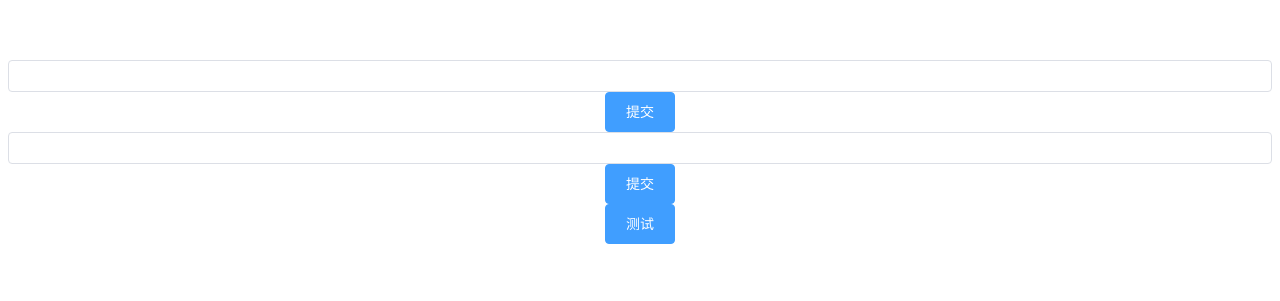
Repository: liuzhilin-lzl/vue-project
Page: /
These files come from the project's save history. The page is drawn as it stood at one moment and after the next save; the edit follows.
The browser window is 1280 px wide. The pictures show the whole page.
The project was rebuilt for these pictures with package versions that can differ from the ones it lists, and the page was loaded fresh each time.

Above is the page before, as saved 2021-11-20 21:41:56.

### src/main.js
/*
 * @Author: your name
 * @Date: 2021-10-17 12:42:10
 * @LastEditTime: 2021-11-08 17:29:31
 * @LastEditors: Please set LastEditors
 * @Description: In User Settings Edit
 * @FilePath: /vue-project/src/main.js
 */
import Vue from 'vue'
import App from './App.vue'
// import Antd from 'ant-design-vue';
import ElementUI from 'element-ui';
import 'element-ui/lib/theme-chalk/index.css';
// import 'ant-design-vue/dist/antd.css';
import "tailwindcss/tailwind.css"


Vue.config.productionTip = false;

// Vue.use(Antd);
Vue.use(ElementUI);

Vue.config.productionTip = false

new Vue({
	render: h => h(App),
}).$mount('#app')

### src/App.vue
<template>
  <div id="app">
    <Preview/>
  </div>
</template>
<script>
import Preview from '@/view/Preview'


export default {
  name: 'App',
  components: {
    Preview
  }
}
</script>

<style>
#app {
  font-family: Avenir, Helvetica, Arial, sans-serif;
  -webkit-font-smoothing: antialiased;
  -moz-osx-font-smoothing: grayscale;
  text-align: center;
  color: #2c3e50;
  margin-top: 60px;
}
</style>

### src/view/Preview.vue
<!--
 * @Author: your name
 * @Date: 2021-10-28 11:16:55
 * @LastEditTime: 2021-11-20 21:41:53
 * @LastEditors: Please set LastEditors
 * @Description: In User Settings Edit
 * @FilePath: /vue-project/src/view/Preview.vue
-->
<template>
	<div>
		<!-- <h1>通过npm npm i -s area-data</h1> -->
		<!-- <al-cascader v-model="resArr" level="3" data-type="all" size="large" @input="selectArea" />
		<h1>通过 json</h1>
		<Cascader @change="selectArea1" :default-value="defaultArea" />
		<Cascader2 @change="selectArea1" :default-value="defaultArea" />
		<el-button @click="dialogVisible = true">测试</el-button>
		<el-dialog title="提示" :visible.sync="dialogVisible" width="30%">
			<TinymceModal class="component"></TinymceModal>
		</el-dialog> -->
		<!-- <TinymceModal class="component"></TinymceModal> -->
		<!-- <CheckBoxModal v-model="checkValue"></CheckBoxModal> -->

		<inputModal :changeValue.sync='text' ></inputModal>
		<inputModal :changeValue.sync='text' ></inputModal>
		<el-button type="primary" @click="onClick">测试</el-button>
	</div>
</template>
<script>
// import AlCascader from '../components/Cascader.vue';
// import Cascader from '@/components/cascader/Cascader.vue';
// import Cascader2 from '@/components/cascader/ant-design-vue';
// import TinymceModal from '@/components/tinymceModal/TinymceModal';
// import CheckBoxModal from '@/components/selectModal/checkBoxModal';
import inputModal from '@/components/selectModal/InputModal';

export default {
	name: 'App',
	components: {
		// AlCascader,
		// Cascader,
		// Cascader2,
		// TinymceModal,
		// CheckBoxModal,
		inputModal
	},
	data() {
		return {
			resArr: [],
			defaultArea: '',
			dialogVisible: false,
			checkValue: '',
			text: ''
		};
	},
	methods: {
		selectArea() {
			console.log(this.resArr);
		},
		selectArea1(selectedArea) {
			console.log(selectedArea);
		},
		onClick() {
			console.log(this.text);
		}
	},
};
</script>

<style>
#app {
	text-align: center;
	font-size: 16px;
}
</style>

### src/components/selectModal/InputModal.vue
<!--
 * @Author: your name
 * @Date: 2021-11-20 20:09:35
 * @LastEditTime: 2021-11-20 21:39:52
 * @LastEditors: Please set LastEditors
 * @Description: 打开koroFileHeader查看配置 进行设置: https://github.com/OBKoro1/koro1FileHeader/wiki/%E9%85%8D%E7%BD%AE
 * @FilePath: /vue-project/src/components/selectModal/InputModal.vue
-->

<template>
  <div>
    <el-input size="small" v-model="value" ></el-input>
    <el-button type="primary" @click=updateVal>提交</el-button>
  </div>
</template>
<script>
export default {
  // model: {
  //   prop: 'defaultValue',
  //   event: 'changeValue'
  // },
  props: {
    defaultValue: {
      type: String,
      default: ''
    }
  },
  data() {
    return {
      value: ''
    };
  },
  methods: {
    updateVal(){
      this.$emit('update:changeValue',this.value)
    }
  }
};
</script>

Loaded but not shown: public/index.html (common file)

After the next save:
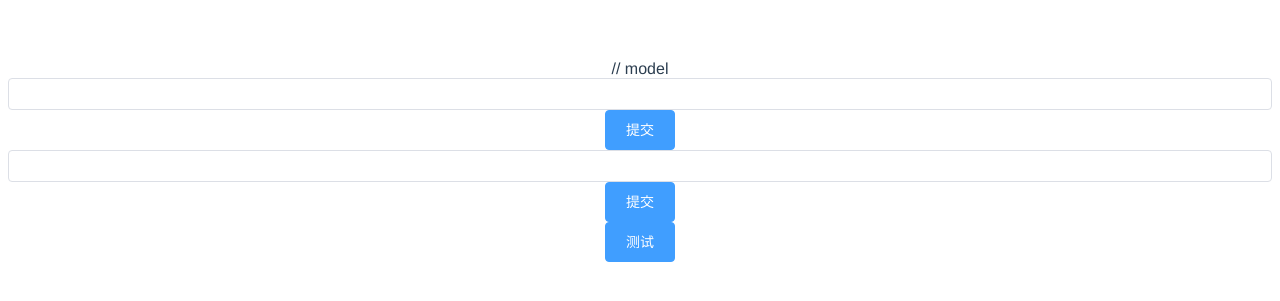
Saved 6 s later.
--- a/src/view/Preview.vue
+++ b/src/view/Preview.vue
@@ -19,7 +19,7 @@
 		</el-dialog> -->
 		<!-- <TinymceModal class="component"></TinymceModal> -->
 		<!-- <CheckBoxModal v-model="checkValue"></CheckBoxModal> -->
-
+		// model
 		<inputModal :changeValue.sync='text' ></inputModal>
 		<inputModal :changeValue.sync='text' ></inputModal>
 		<el-button type="primary" @click="onClick">测试</el-button>
